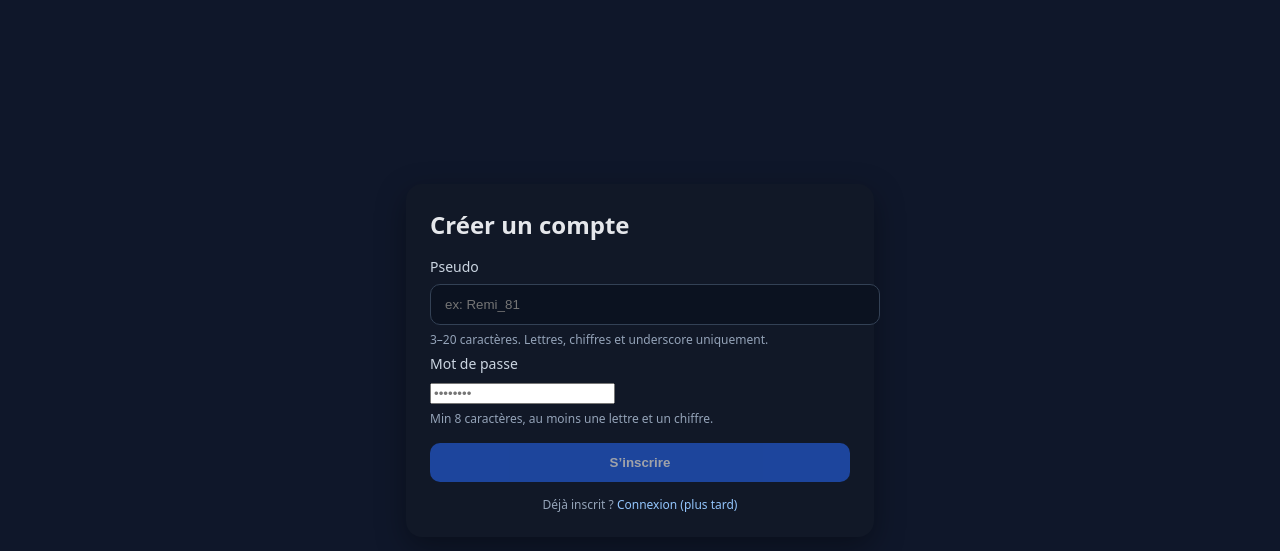
Repository: remi77130/loi-direct
Page: http://localhost/loi/register.php
The author's editor kept a copy of each file at every save. The page is drawn from the files as they stood at one save, then again after the next save.
The browser window is 1280 px wide. The pictures show the whole page.
The page is run by PHP 8.4 with error messages shown; the project is at /var/www/html/.

Above is the page before, as saved 2025-09-23 18:02:04.

After the next save:
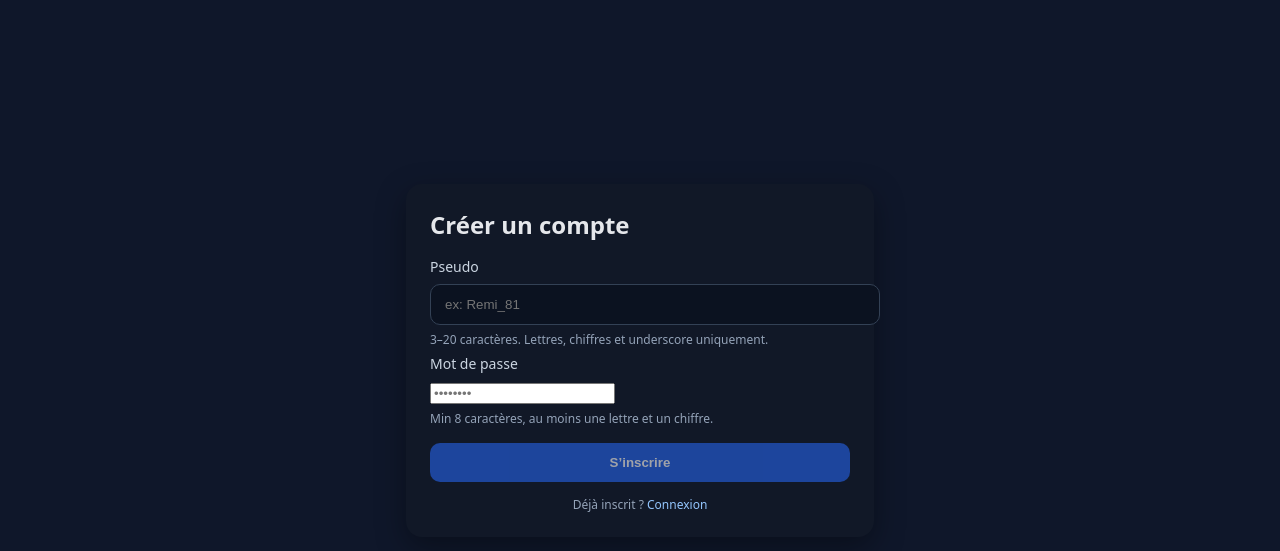
Saved 10 s later.
--- a/register.php
+++ b/register.php
@@ -127,7 +127,7 @@ else {
       <button id="submitBtn" class="btn" type="submit" disabled>S’inscrire</button>
     </form>
 
-    <div class="footer">Déjà inscrit ? <a href="login.php">Connexion (plus tard)</a></div>
+    <div class="footer">Déjà inscrit ? <a href="login.php">Connexion</a></div>
   </div>
 
 <script>
